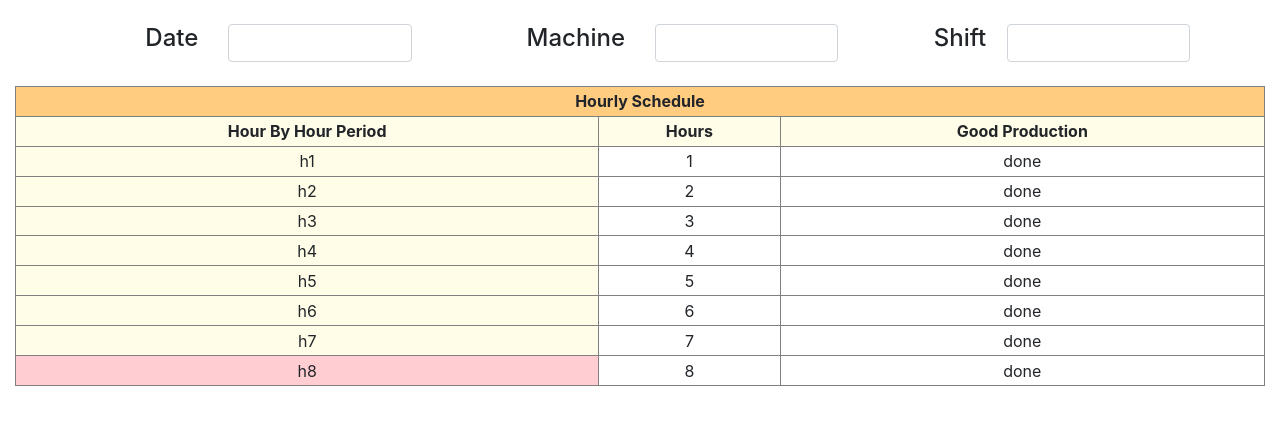
Repository: hisamit97/TVS-Locas
Page: index.html
The author's editor kept a copy of each file at every save. The page is drawn from the files as they stood at one save, then again after the next save.
The browser window is 1280 px wide. The pictures show the whole page.

Above is the page before, as saved 2020-11-30 19:09:03.

### index.html
<html>

<head>
    <title>TVS LoCas</title>
    <link rel="stylesheet" href="https://cdn.jsdelivr.net/npm/bootstrap@4.5.3/dist/css/bootstrap.min.css" integrity="sha384-TX8t27EcRE3e/ihU7zmQxVncDAy5uIKz4rEkgIXeMed4M0jlfIDPvg6uqKI2xXr2" crossorigin="anonymous">

<!-- jQuery and JS bundle w/ Popper.js -->
<script src="https://code.jquery.com/jquery-3.5.1.slim.min.js" integrity="sha384-DfXdz2htPH0lsSSs5nCTpuj/zy4C+OGpamoFVy38MVBnE+IbbVYUew+OrCXaRkfj" crossorigin="anonymous"></script>
<script src="https://cdn.jsdelivr.net/npm/bootstrap@4.5.3/dist/js/bootstrap.bundle.min.js" integrity="sha384-ho+j7jyWK8fNQe+A12Hb8AhRq26LrZ/JpcUGGOn+Y7RsweNrtN/tE3MoK7ZeZDyx" crossorigin="anonymous"></script>
</head>
<body>
    <div class="container-fluid">
        <div class="row">
            <div class="col-md-4"></div>
            <div class="col-md-4"></div>
            <div class="col-md-4"></div>
        </div>
        <br>
        <div class="row" >
            <div class="col-md-4">
                <div class="row">
                    <div class="col-md-6 text-right"><h4>Date</h4></div>
                    <div class="col-md-6"><input type="text" class="form-control mr-3"></div>
                </div>
            </div>
            <div class="col-md-4">
                <div class="row">
                    <div class="col-md-6 text-right" ><h4>Machine</h4></div>
                    <div class="col-md-6"><input type="text" class="form-control"></div>
                </div>
            </div>
            <div class="col-md-4">
                <div class="row">
                    <div class="col-md-6 text-center"><h4>Shift</h4></div>
                    <div class="col-md-6" style="margin-left: -75px;"><input type="text" class="form-control"></div>
                </div>
            </div>
        </div>
        <br>
        <div class="row">
            <div class="col-md-12">
                <table width="100%" border="1" height="300px">
                   <tr style="text-align: center;background:#ffcc80;">
                       <th colspan="3">Hourly Schedule</th>
                   </tr>
                   <tr style="text-align: center; background: #fffde7;">
                       <th >Hour By Hour Period</th>
                       <th>Hours</th>
                       <th>Good Production</th>
                    </tr>
                    <tr style="text-align: center;">
                        <td style="background:#fffde7;">h1</td>
                        <td>1</td>
                        <td>done</td>
                    </tr>
                    <tr style="text-align: center;">
                        <td style="background:#fffde7;">h2</td>
                        <td>2</td>
                        <td>done</td>
                    </tr>
                    <tr style="text-align: center;">
                        <td style="background:#fffde7;">h3</td>
                        <td>3</td>
                        <td>done</td>
                    </tr>
                    <tr style="text-align: center;">
                        <td style="background:#fffde7;">h4</td>
                        <td>4</td>
                        <td>done</td>
                    </tr>
                    <tr style="text-align: center;">
                        <td style="background:#fffde7;">h5</td>
                        <td>5</td>
                        <td>done</td>
                    </tr>
                    <tr style="text-align: center;">
                        <td style="background:#fffde7;">h6</td>
                        <td>6</td>
                        <td>done</td>
                    </tr>
                    <tr style="text-align: center;">
                        <td style="background:#fffde7;">h7</td>
                        <td>7</td>
                        <td>done</td>
                    </tr>
                    <tr style="text-align: center;">
                        <td style="background:#ffcdd2;">h8</td>
                        <td>8</td>
                        <td>done</td>
                    </tr>
                </table>
            </div>
        </div>
    </div>
</body>
</html>

After the next save:
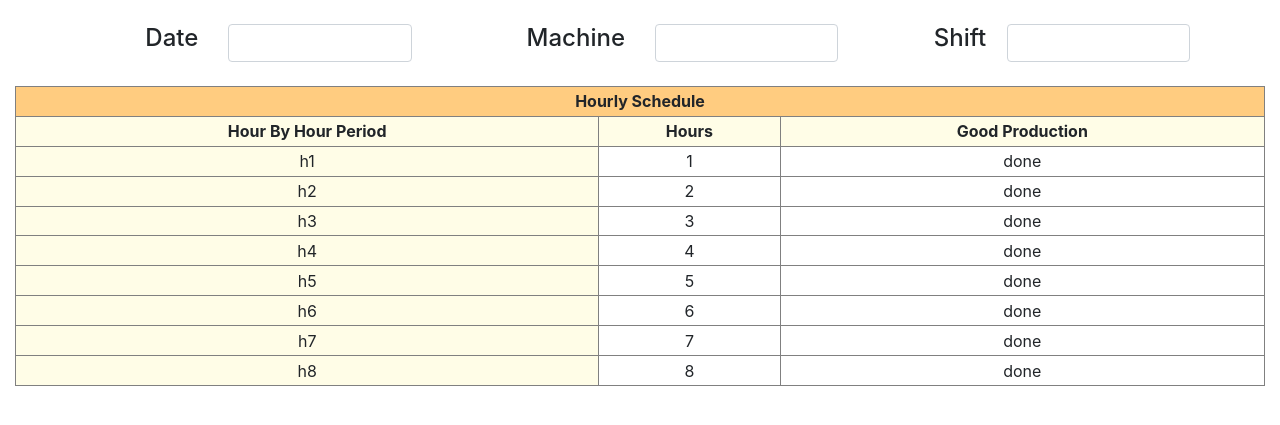
Saved 10 s later.
--- a/index.html
+++ b/index.html
@@ -84,7 +84,7 @@
                         <td>done</td>
                     </tr>
                     <tr style="text-align: center;">
-                        <td style="background:#ffcdd2;">h8</td>
+                        <td style="background:#fffde7;">h8</td>
                         <td>8</td>
                         <td>done</td>
                     </tr>
